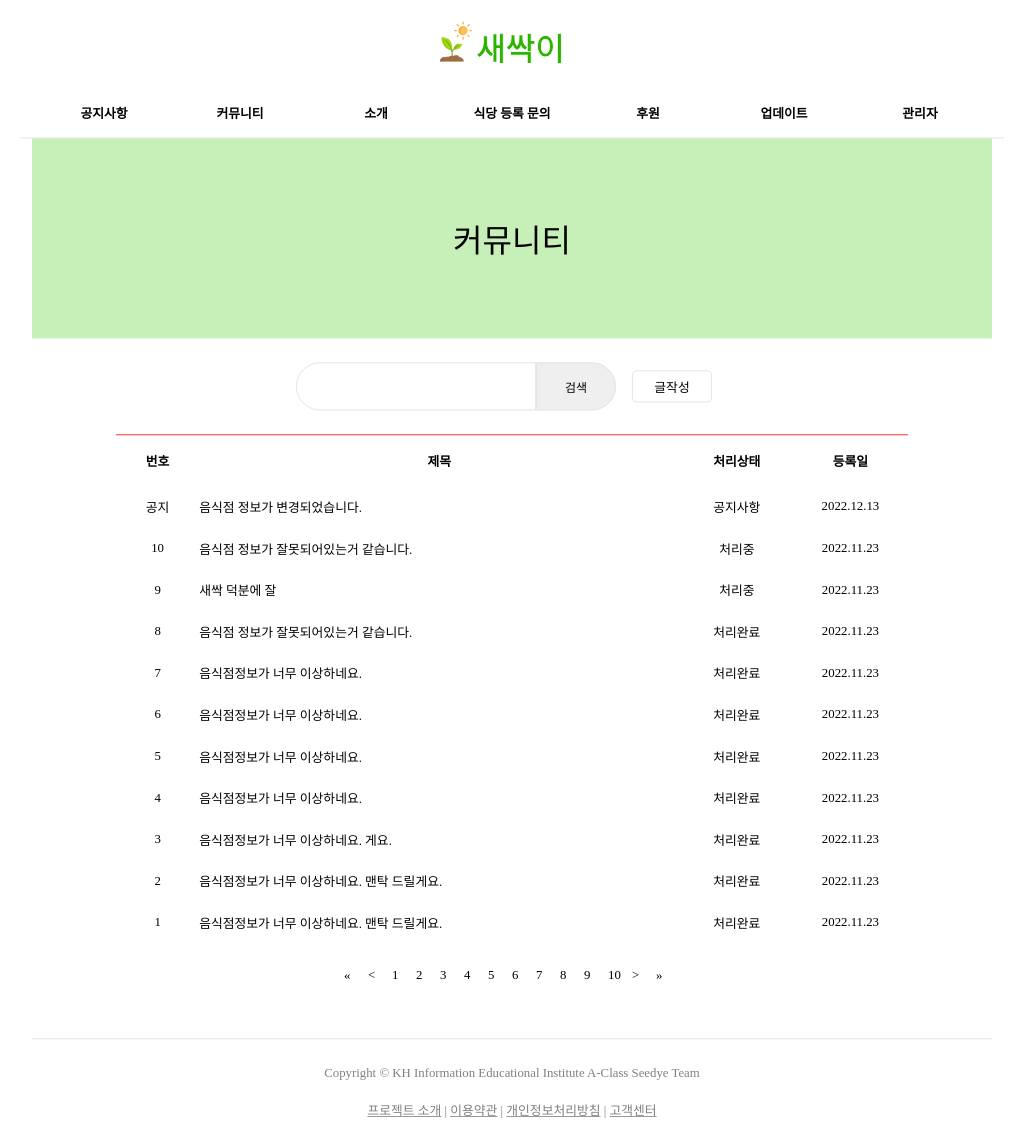
Repository: Seedye/Seedye
Page: team/src/main/webapp/html/board/board-list.html
An editor plug-in stored every save of this project. The page is shown before and after the next save, followed by the edit.
The browser window is 1280 px wide. The pictures show the whole page, at 80% of full size.
Some web fonts or font styles are not loaded; a fallback is used.

Above is the page before, as saved 2022-12-14 16:26:00.

### team/src/main/webapp/html/board/board-list.html
<!DOCTYPE html>
<html lang="en">
<head>
    <meta charset="UTF-8">
    <meta http-equiv="X-UA-Compatible" content="IE=edge">
    <meta name="viewport" content="width=device-width, initial-scale=1.0">
    <title>boardList</title>
    <link rel="stylesheet" href="../../resources/css/header.css">
    <link rel="stylesheet" href="../../resources/css/boardList-style.css">
</head>
<body>
  <header>
        <!-- 헤더 -->
        <section id="header-container">
            <!-- 로고 -->
            <section id="logo-section">
                <a href="#"><img id="logo" src="../../resources/images/새싹이.png"></a>
                <a href="#" id="logo-content">새싹이</a>
            </section>
            <!-- 메뉴창 -->
            <nav id="nav-bar">
                <ul>
                    <li><a href="#"></a>공지사항</li>
                <li><a href="#"></a>커뮤니티</li>
                <li><a href="#"></a>소개</li>
                <li><a href="#"></a>식당 등록 문의</li>
                <li><a href="#"></a>후원</li>
                <li><a href="#"></a>업데이트</li>
                <li><a href="#"></a>관리자</li>
            </ul>
        </nav>
    </section>
    </header>
    <main>
      <!-- board 영역 -->
      <section class="board-body-area">
        <div class="board-title">커뮤니티</div>

        <!-- 검색 -->
        <div class="board-list-serch-write-area">
          <!-- 검색어 입력 input -->
          <div class="board-list-serch">
            <input type="text" >
          </div>
          <!-- 검색 버튼 -->
          <button>검색</button>
          <!-- 글작성 버튼 -->
          <div class="board-write-btn">글작성</div>
        </div>

        <!-- 게시글 리스트 영역 -->
        <div class="board-list-area">
          <!-- 게시글 나타나는 테이블 -->
          <table class="board-list-table">
            <thead class="board-list-thead">
              <th>번호</th>
              <th>제목</th>
              <th>처리상태</th>
              <th>등록일</th>
            </thead>
            <tbody>

              <!-- 공지 -->
              <tr>
                <td>공지</td>
                <td>음식점 정보가 변경되었습니다.</td>
                <td>공지사항</td>
                <td>2022.12.13</td>
      <!-- colspan="2" -->
              </tr>

              <!-- 게시물 -->
              <tr>
                <td>10</td>
                <td>음식점 정보가 잘못되어있는거 같습니다.</td>
                <td>처리중</td>
                <td>2022.11.23</td>
              </tr>

              <tr>
                <td>9</td>
                <td>새싹 덕분에 잘 </td>
                <td>처리중</td>
                <td>2022.11.23</td>
              </tr>

              <tr>
                <td>8</td>
                <td>음식점 정보가 잘못되어있는거 같습니다.</td>
                <td>처리완료</td>
                <td>2022.11.23</td>
              </tr>

              <tr>
                <td>7</td>
                <td>음식점정보가 너무 이상하네요. </td>
                <td>처리완료</td>
                <td>2022.11.23</td>
              </tr>
              <tr>
                <td>6</td>
                <td>음식점정보가 너무 이상하네요.  </td>
                <td>처리완료</td>
                <td>2022.11.23</td>
              </tr>
              <tr>
                <td>5</td>
                <td>음식점정보가 너무 이상하네요.  </td>
                <td>처리완료</td>
                <td>2022.11.23</td>
              </tr>
              <tr>
                <td>4</td>
                <td>음식점정보가 너무 이상하네요. </td>
                <td>처리완료</td>
                <td>2022.11.23</td>
              </tr>
              <tr>
                <td>3</td>
                <td>음식점정보가 너무 이상하네요. 게요. </td>
                <td>처리완료</td>
                <td>2022.11.23</td>
              </tr>
              <tr>
                <td>2</td>
                <td>음식점정보가 너무 이상하네요. 맨탁 드릴게요. </td>
                <td>처리완료</td>
                <td>2022.11.23</td>
              </tr>
              <tr>
                <td>1</td>
                <td>음식점정보가 너무 이상하네요. 맨탁 드릴게요. </td>
                <td>처리완료</td>
                <td>2022.11.23</td>
              </tr>
            </tbody>


          </table>

            <ul class="board-list-page-area">
              <li>&laquo;</li>
              <li>&lt;</li>
              <li>1</li>
              <li>2</li>
              <li>3</li>
              <li>4</li>
              <li>5</li>
              <li>6</li>
              <li>7</li>
              <li>8</li>
              <li>9</li>
              <li>10</li>
              <li>&gt;</li>
              <li>&raquo;</li>
            </ul>
            <!-- <div class="board-list-page-num"></div>
            <div class="board-list-page-num"></div> -->
          </div>

      </section>
    </main>

    <footer>
        <p>
            Copyright &copy; KH Information Educational Institute A-Class Seedye Team
        </p>
        <article>
            <a href="#">프로젝트 소개</a>
            <span>|</span>
            <a href="#">이용약관</a>
            <span>|</span>
            <a href="#">개인정보처리방침</a>
            <span>|</span>
            <a href="#">고객센터</a>
        </article>
    </footer>

</body>
</html>

### team/src/main/webapp/resources/css/header.css

@font-face {
    font-family: 'yg-jalnan';
    src: url('https://cdn.jsdelivr.net/gh/projectnoonnu/noonfonts_four@1.2/JalnanOTF00.woff') format('woff');
    font-weight: normal;
    font-style: normal;
}


@font-face {
    font-family: 'NIXGONM-Vb';
    src: url('https://cdn.jsdelivr.net/gh/projectnoonnu/noonfonts_six@1.2/NIXGONM-Vb.woff') format('woff');
    font-weight: normal;
    font-style: normal;
}

*{
    box-sizing: border-box;
    margin: 0;
    padding: 0;
}

body{
    display: flex;
    justify-content: center;
    align-items: center;
    flex-direction: column;
}


#logo-section{
    width: 1200px;
    display: flex;
    justify-content: center;
    align-items: center;
    margin-top: 20px;
}

#logo{
    width: 50px;
    height: 50px;
}

#logo-content{
    color: #2db400;
    -webkit-text-stroke: 1px white;
    text-decoration: none;
    font-weight: bold;
    font-family: yg-jalnan;
    font-size: 40px;
    padding-top: 10px;
}

#nav-bar{
    display: flex;
    justify-content: center;
    margin: 20px 0px  0px  0px;
}

#nav-bar > ul {
    width: 100%;
    display: flex;
    justify-content: space-between;
    font-weight: bold;
    border-bottom: 1px solid #ddd;
    padding: 0px 20px;
}

#nav-bar > ul > li{
    font-family: NIXGONM-Vb;
    float: left;
    display: flex;
    justify-content: center;
    padding: 20px 35px;
    border-radius: 6px;
    cursor: pointer;
    width: 170px;
    height: auto;
}

#nav-bar > ul > li:hover{
    background-color: rgba(45, 180, 0, 0.6);
    color: white;
    transition-duration: 0.3s;
}

footer {
    width: 1200px;
    height: 134px;
    color: gray;
    font-size: var(--small-font-size);
    padding: 20px 0;

    display: flex;
    flex-direction: column;
    justify-content: space-around;
    align-items: center;

    /* position: absolute; */
    bottom: 0;

    border-top: 1px solid #ddd;
  }

  footer a {
    color: gray;
  }

### team/src/main/webapp/resources/css/boardList-style.css
*{
  font-family: "NIXGONM-Vb";
}

.board-title{
  /* margin-top: 0; */
  width: 1200px;
  height: 250px;
  background-color: #c6f0b8;
  display: flex;
  justify-content: center;
  align-items: center;
  font-size: 40px;
}
/* 검색 영역 스타일 */
.board-list-serch-write-area{
  display: flex;
  align-items: center;
  justify-content: center;
  margin-top: 20px;
  margin-bottom: 20px;

}
.board-list-serch{
  width: 300px;
  height: 60px;
  border-radius: 30px 0 0 30px;
  border: 1px solid #ddd;

  display: flex;
    justify-content: end;
    align-items: center;
}
.board-list-serch > input{
  width: 260px;
  height: 50px;
  border: 0px;
  font-size: 20px;
}
.board-list-serch > input:focus{
  outline: none;

}
.board-list-serch-write-area > button{
  height: 60px;
  width: 100px;
  border-radius: 0 30px 30px 0;
  border: 1px solid #ddd;
  font-size: 15px;
  cursor: pointer;
}

.board-write-btn{
  margin: 20px;
  width: 100px;
  height: 40px;
  display: flex;
  align-items: center;
  border-radius: 6px;
  justify-content: center;
  border: 1px solid #ddd;
  cursor: pointer;
  /* background-color: rgb(215, 235, 215); */
}
.board-write-btn:hover{
  transition-duration: 0.2s;
  background-color: #d8f0d0;
  border:none;
}
/* 테이블 스타일 */
.board-list-table{
  text-align: center;

  margin: auto;
  /* width: 90vw; */
  border-top: 1px solid red;
}
/* .board-list-area{
  height: 500px;
} */
.board-list-thead{
  height: 60px;
  /* background-color: red; */
  border-top: 2px solid red;
}
.board-list-thead > tr{
  border: 2px solid red;
}
/* 게시글 번호 부분 */
.board-list-table > tbody > tr > td:first-child {
  width: 100px;
  height: 50px;
  cursor: pointer;
  /* background-color: blueviolet; */

  /* text-align: center; */
}
/* 게시물 제목 부분 */
.board-list-table > tbody > tr > td:nth-child(2){
  /* display: block; */
  width: 600px;
  height: 50px;
  text-align: left;
  cursor: pointer;

}
/* 게시글 처리상태/등록일 부분 */
.board-list-table > tbody > tr > td:nth-child(3),
.board-list-table > tbody > tr > td:nth-child(4){
  /* width: 140px; */
  min-width: 140px;
  height: 50px;
  cursor: pointer;
  /* background-color: red; */
}

/* {
  width: 140px;
  height: 50px;

} */

.board-list-table > tbody> tr{

  height: 50px;
}
.board-list-table > tbody> tr:hover{
  background-color: #d8f0d0;

}
/* .board-list-table > tbody > tr > td:hover{
  background-color: #d8f0d0;
} */

/* 페이지 넘기기 스타일 */
.board-list-page-area{
  display: flex;
  justify-content: center;
  margin-top: 30px;
  margin-bottom: 70px;
}

.board-list-page-area>li{
  display: flex;
  width: 30px;
  list-style:none;
  cursor: pointer;
  /* padding-left: 0px; */
}

After the next save:
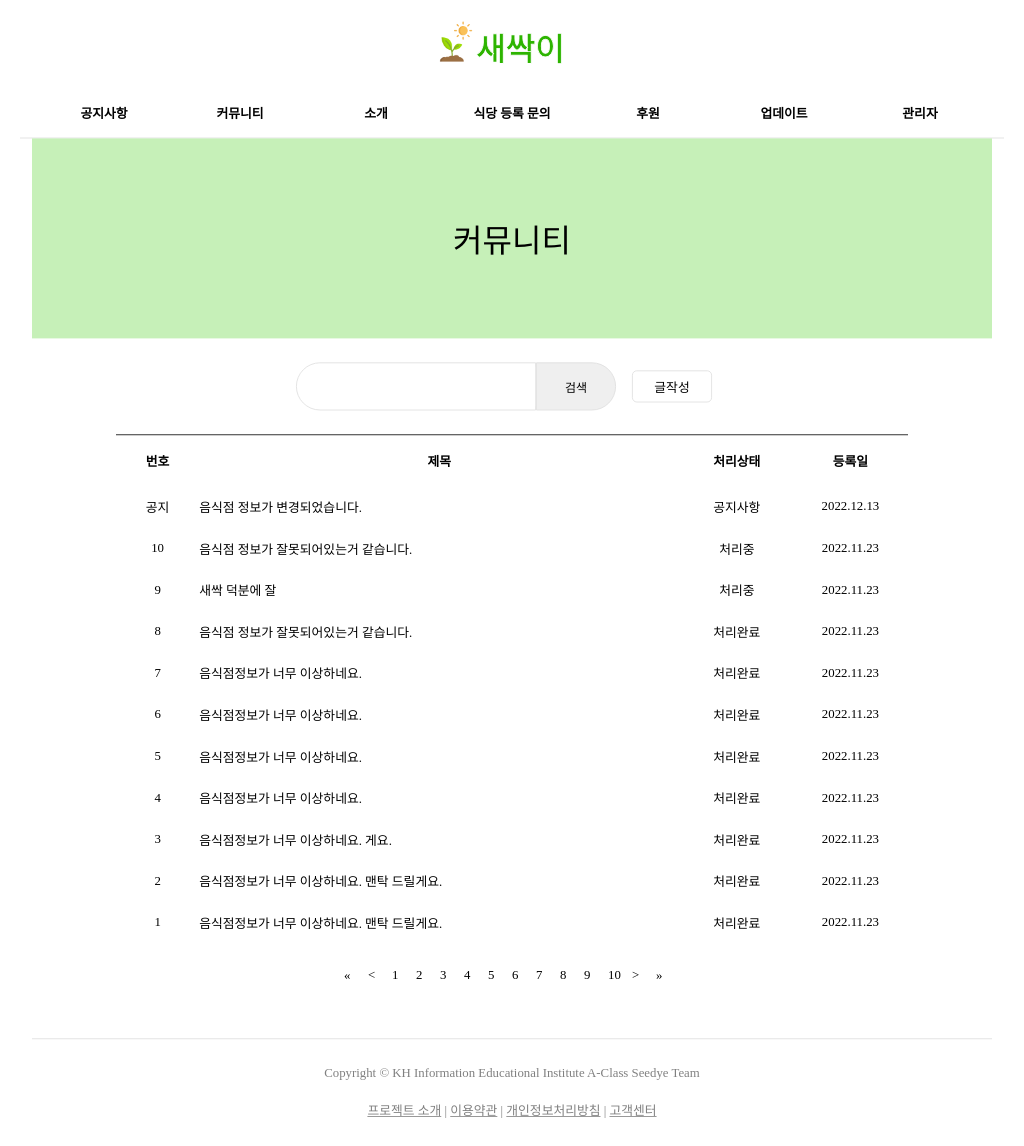
Saved 7 s later.
--- a/team/src/main/webapp/resources/css/boardList-style.css
+++ b/team/src/main/webapp/resources/css/boardList-style.css
@@ -73,7 +73,7 @@
 
   margin: auto;
   /* width: 90vw; */
-  border-top: 1px solid red;
+  border-top: 1px solid black;
 }
 /* .board-list-area{
   height: 500px;
